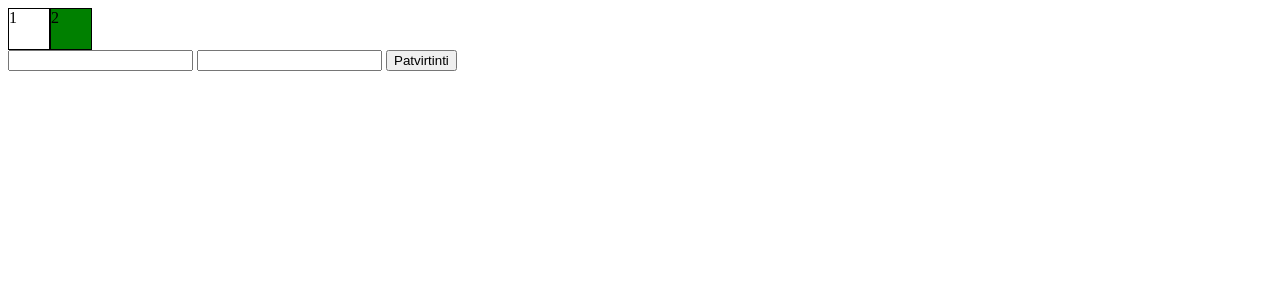
Repository: motiejus1/05-paskaita-JS-pataisyta
Page: index.html
These files come from the project's save history. The page is drawn as it stood at one moment and after a run of saves; the edit follows.
The browser window is 1280 px wide. The pictures show the whole page.

Above is the page before, as saved 2021-06-14 11:43:14.
Console error (its wording comes from the project's code and is left out).

### index.html
<!DOCTYPE html>
<html lang="en">
<head>
    <meta charset="UTF-8">
    <meta http-equiv="X-UA-Compatible" content="IE=edge">
    <meta name="viewport" content="width=device-width, initial-scale=1.0">
    <title>5 paskaita </title>
    <style>
        .div-dydis {
            width: 40px;
            height: 40px;
            border: 1px solid black;
            float:left;
        }

        .zalias {
            background-color: green;
        }

        .ivestis {
            float: left;
            width: 100%;
        }
    </style>
</head>
<body>

    <div class="container">
        <div class="div-dydis">1</div>
        <div class="div-dydis zalias">2</div>
    </div>



    <div class="ivestis">
        <input type="text" class="inputas" id="kintamasis" />
        <input type="text" class="inputas" id="kintamasis1" />

        <button id="patvirtinti">Patvirtinti</button>
    </div>

    <script src="script.js"></script>
</body>
</html>

### script.js
"use strict";

document.getElementById("patvirtinti").addEventListener("click", function() {
    let kintamasis, kintamasis1;
    let skaicius = 5;
    let suma;

    kintamasis = parseFloat(document.getElementById("kintamasis").value);
    kintamasis1 = parseFloat(document.getElementById("kintamasis1").value);

    suma = kintamasis + kintamasis1;



    // console.log(kintamasis );
    // console.log(kintamasis1 );
    // console.log(skaicius );
    // console.log(suma);
});

// 1 uzduotis
// let sekundes = 555555;
let sekundes = 48 * 3600 + 121 * 60 + 71; // 1 * 3600
let valandos, minutes, lsekundes;



// 3601 sekunde

// 1.x val - 1val
valandos = parseInt(sekundes/3600); //float -> integer

//visas minutes 3601 sekundziu = 60 min
//60.xxxx minuciu - 60 minuciu
minutes = parseInt(sekundes/60); //float -> integer; visos minutes sveikoji dalis

//3601 => 3601 - 60*60 = 1 sekunde
lsekundes = sekundes - minutes * 60;

//25
//true
//25 % 24 = 1
if(valandos >= 24) {
    valandos = valandos % 24;
}

if(minutes >= 60) {
    minutes = minutes % 60;
}

// console.log(valandos)
// console.log(minutes);
// console.log(lsekundes);

//Ciklai

//for ciklas


let zingsniai = 0;

for (let i=0; i<40; i++) {

    let divElementas = document.createElement("div"); // div sukurtas, bet neatvaizduojamas
    divElementas.classList.add("")

    document.querySelector(".container").append(divElementas);

    console.log(i);
    zingsniai++;

}

console.log("Zingsniai: " + zingsniai);

After the next 2 saves:
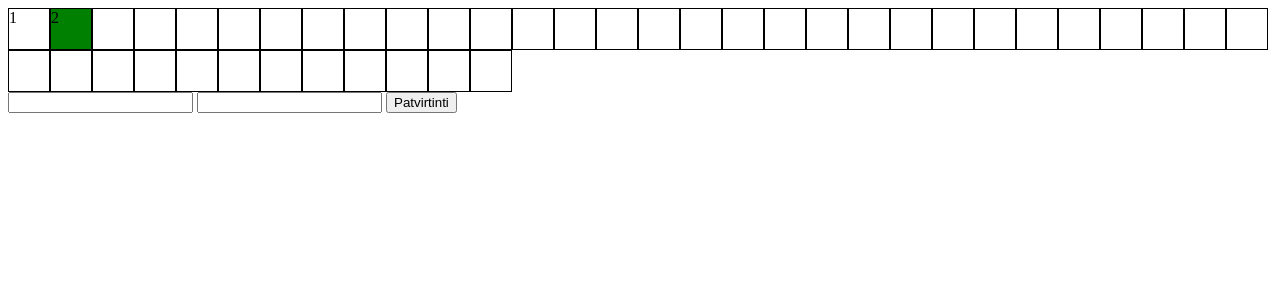
The error is gone.
The 2 saves are shown as one change because they came seconds apart.
The last was saved 27 s later.
--- a/script.js
+++ b/script.js
@@ -62,7 +62,7 @@ let zingsniai = 0;
 for (let i=0; i<40; i++) {
 
     let divElementas = document.createElement("div"); // div sukurtas, bet neatvaizduojamas
-    divElementas.classList.add("")
+    divElementas.classList.add("div-dydis");
 
     document.querySelector(".container").append(divElementas);
 
